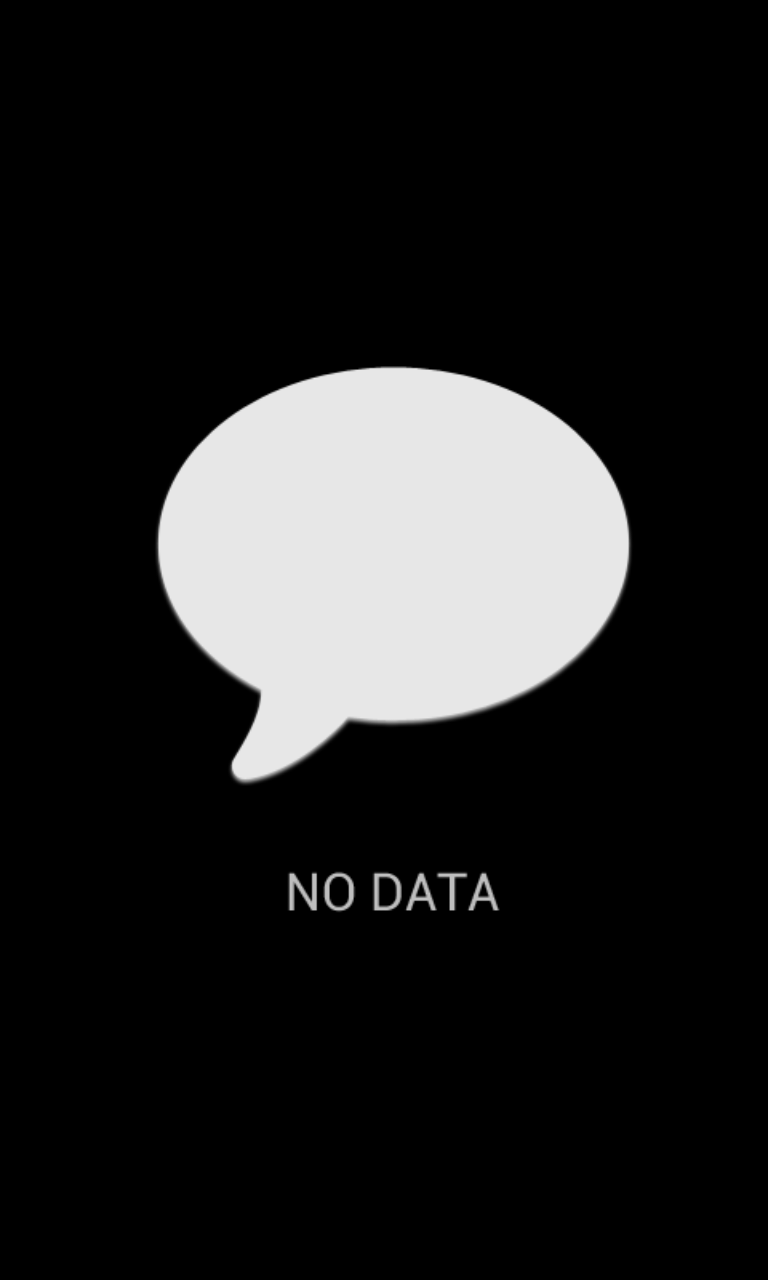
Repository: belhyun/witherest-android
Layout: Witherest/res/layout/fragment_notice.xml
The author's editor kept a copy of each file at every save. The layout is drawn from the files as they stood at one save, then again after the next save.
It is drawn on a 768 x 1280 px phone screen (xhdpi) without system bars, with theme android:Theme.Holo; the app's code is not run. Lists and similar views that code fills are empty.

Above is the layout before, as saved 2013-07-06 03:55:01.

After the next save:
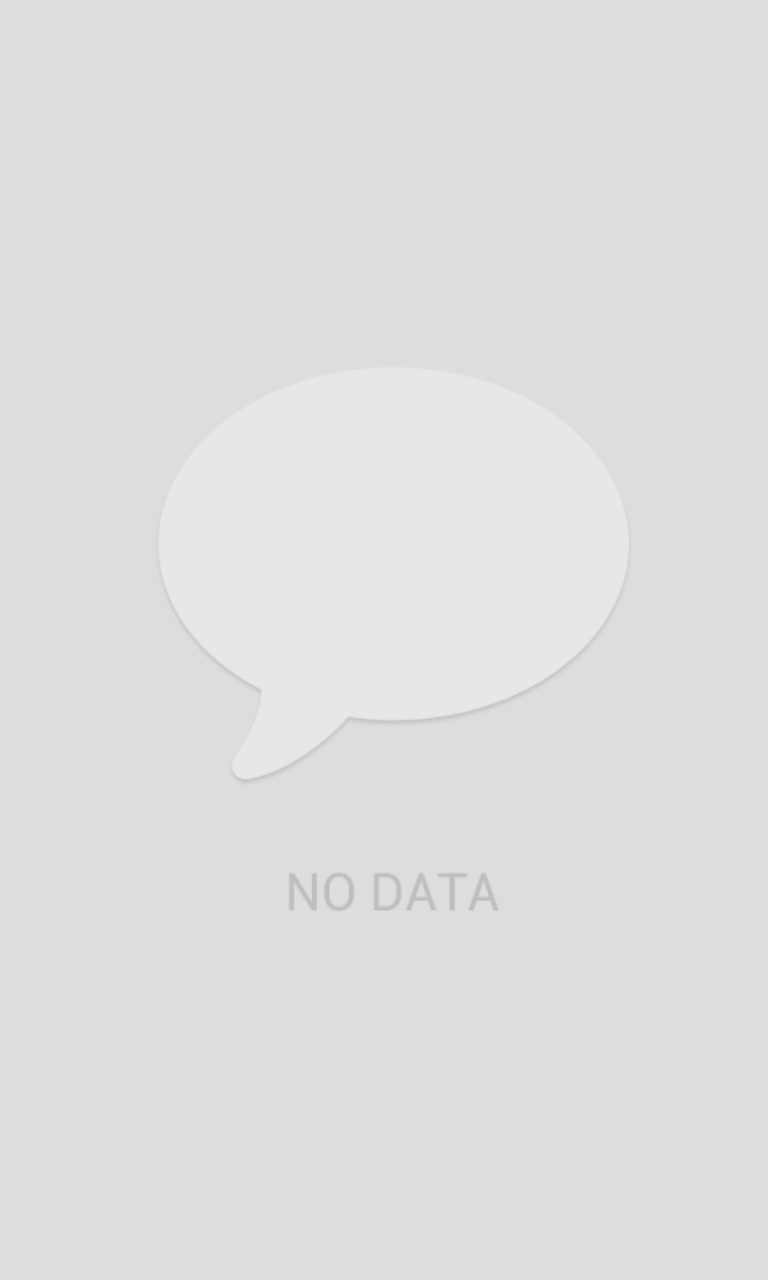
Saved 7 min 23 s later.
--- a/Witherest/res/layout/fragment_notice.xml
+++ b/Witherest/res/layout/fragment_notice.xml
@@ -2,7 +2,8 @@
 <LinearLayout xmlns:android="http://schemas.android.com/apk/res/android"
     android:layout_width="fill_parent"
     android:layout_height="fill_parent"
-    android:orientation="vertical" >
+    android:orientation="vertical"
+    android:background="#dddddd">
 
     <ImageView
         android:layout_width="fill_parent"
